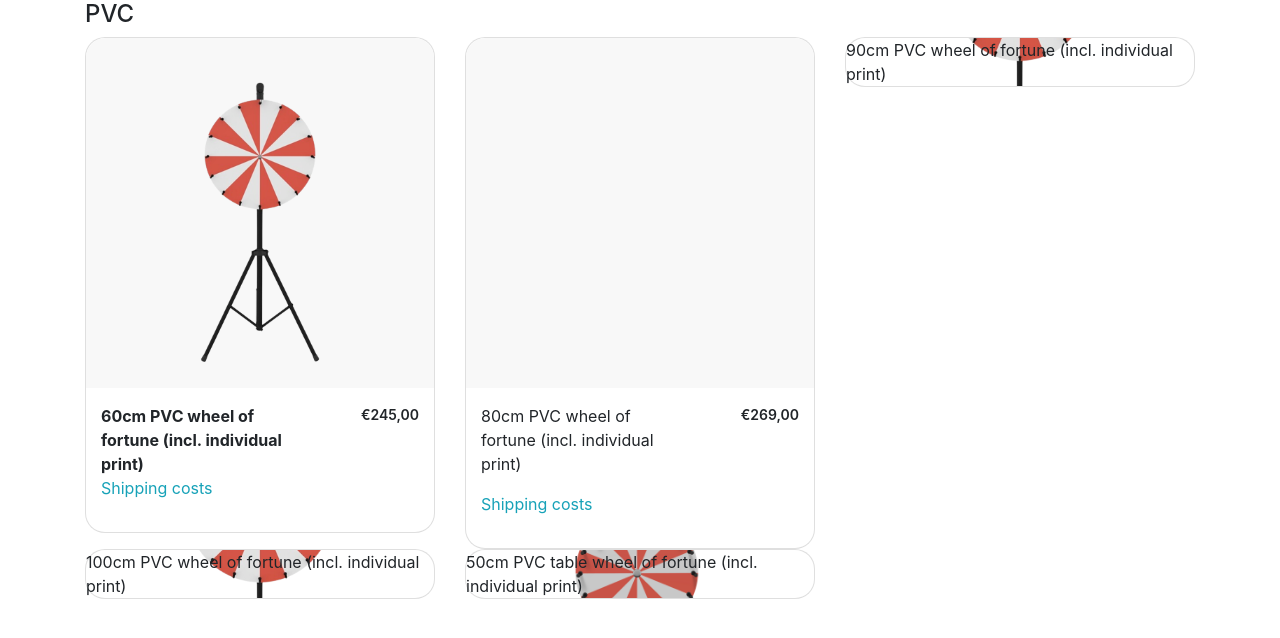
Repository: Awaisp-irfan/fahad-project
Page: pvc.html
The author's editor kept a copy of each file at every save. The page is drawn from the files as they stood at one save, then again after the next save.
The browser window is 1280 px wide. The pictures show the whole page.

Above is the page before, as saved 2022-06-30 09:28:46.

After the next save:
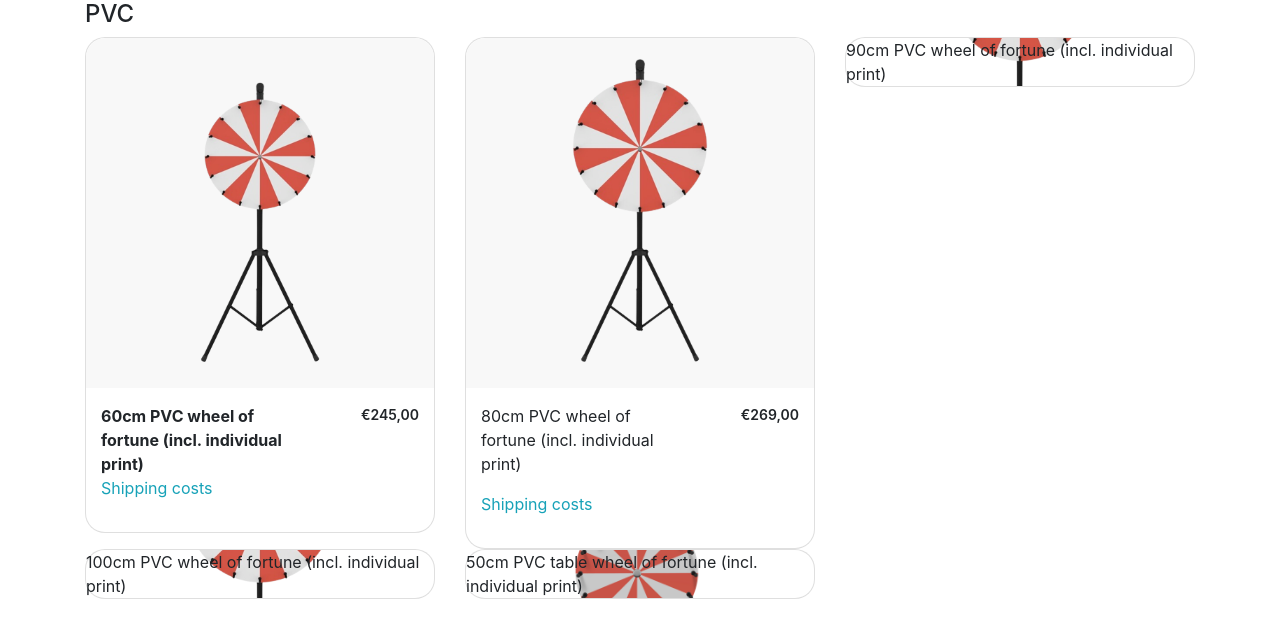
Saved 20 s later.
--- a/style.css
+++ b/style.css
@@ -47,7 +47,7 @@
     border-radius: 20px;
 }
 
-.cm80{
+.cm80-img{
     background: url(./assests/80cm_PVC-removebg-preview.png);
 
     background-size: cover;
